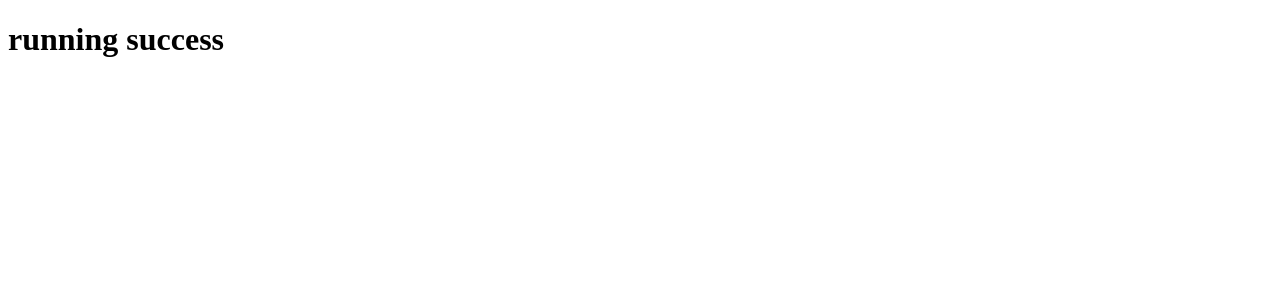
Repository: mahmoudaboelezz/django-course
Page: done.html
An editor plug-in stored every save of this project. The page is shown before and after the next save, followed by the edit.
The browser window is 1280 px wide. The pictures show the whole page.

Above is the page before, as saved 2023-01-01 05:03:04.

After the next save:
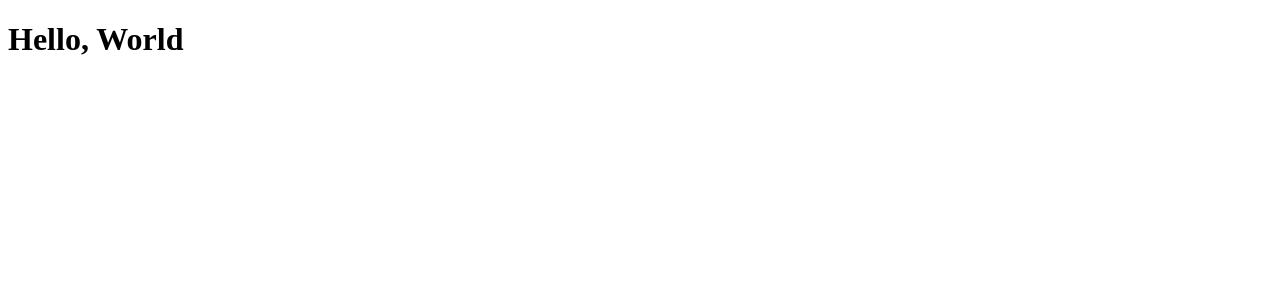
Saved 12 s later.
--- a/done.html
+++ b/done.html
@@ -7,6 +7,6 @@
     <title>Document</title>
 </head>
 <body>
-    <h1>running success</h1>
+    <h1>Hello, World</h1>
 </body>
 </html>
